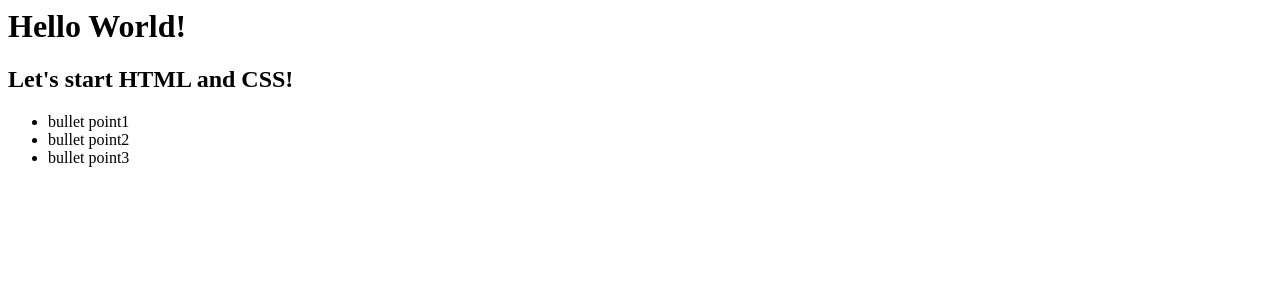
Repository: Souhei-en/samurai_HTML-CSS
Page: index.html
The author's editor kept a record of every edit. The page is drawn from the files as they stood at one moment, then again after the next edit.
The browser window is 1280 px wide. The pictures show the whole page.

Above is the page before.

### index.html
<h1>Hello World!</h1>
<h2>Let's start HTML and CSS!</h2>
<ul>
    <li>bullet point1</li>
    <li>bullet point2</li>
    <li>bullet point3</li>
</ul>

After the next edit:
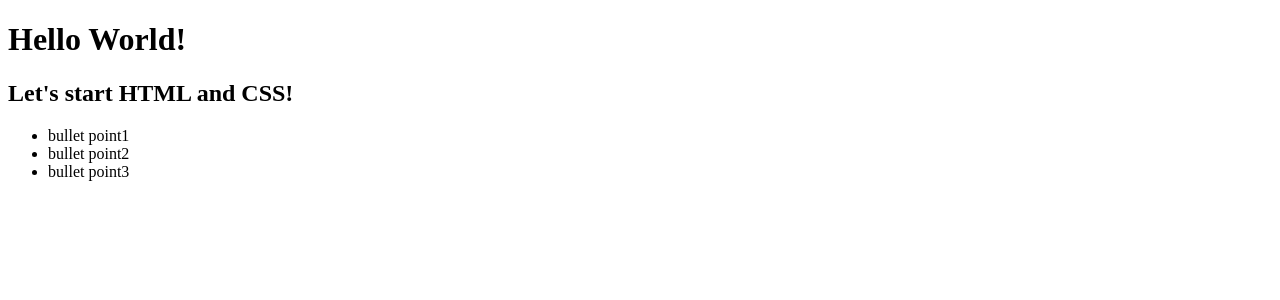
The edit:
--- a/index.html
+++ b/index.html
@@ -1,3 +1,15 @@
+<!DOCTYPE html>
+<html lang="en">
+<head>
+    <meta charset="UTF-8">
+    <meta name="viewport" content="width=device-width, initial-scale=1.0">
+    <meta http-equiv="X-UA-Compatible" content="ie=edge">
+    <title>HTML/CSSの学習</title>
+</head>
+<body>
+
+</body>
+</html>
 <h1>Hello World!</h1>
 <h2>Let's start HTML and CSS!</h2>
 <ul>
